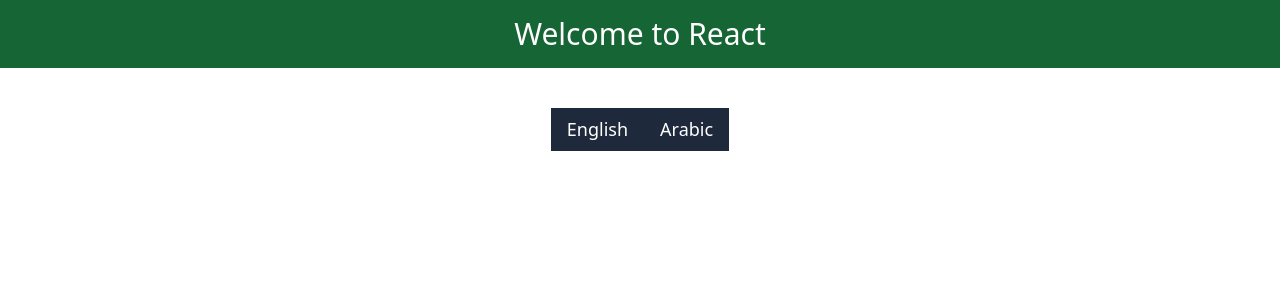
Repository: SaadYasin/react-internationalization
Page: /
These files come from the project's save history. The page is drawn as it stood at one moment and after a run of saves; the edit follows.
The browser window is 1280 px wide. The pictures show the whole page.
The project was rebuilt for these pictures with package versions that can differ from the ones it lists, and the page was loaded fresh each time. Also part of the build but not shown: vite.config.js.

Above is the page before, as saved 2024-07-18 21:34:06.

After the next 3 saves:
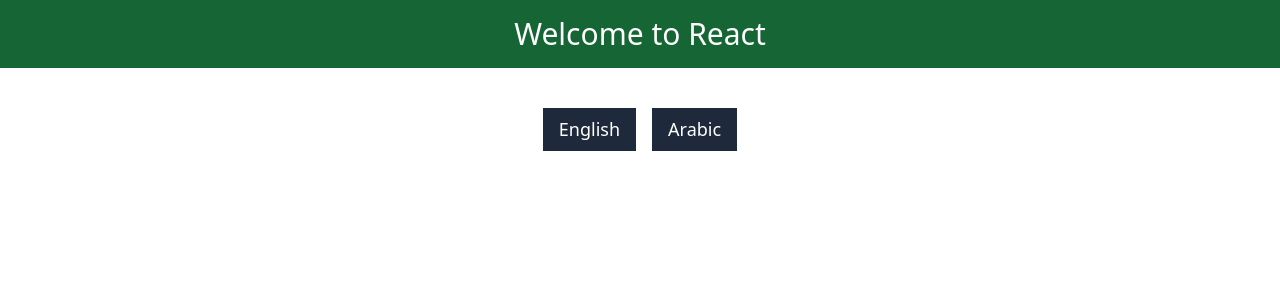
The 3 saves are shown as one change because they came seconds apart.
The last was saved 11 s later.
--- a/src/App.jsx
+++ b/src/App.jsx
@@ -10,7 +10,7 @@
       <div>
         <h2 className="text-3xl text-center text-white p-4 bg-green-800">{t("Welcome to React")}</h2>
 
-        <div className="flex justify-center mt-10">
+        <div className="flex justify-center gap-4 mt-10">
         <button className="text-[18px] bg-slate-800 text-white px-4 py-2">English</button>
         <button className="text-[18px] bg-slate-800 text-white px-4 py-2">Arabic</button>
 
